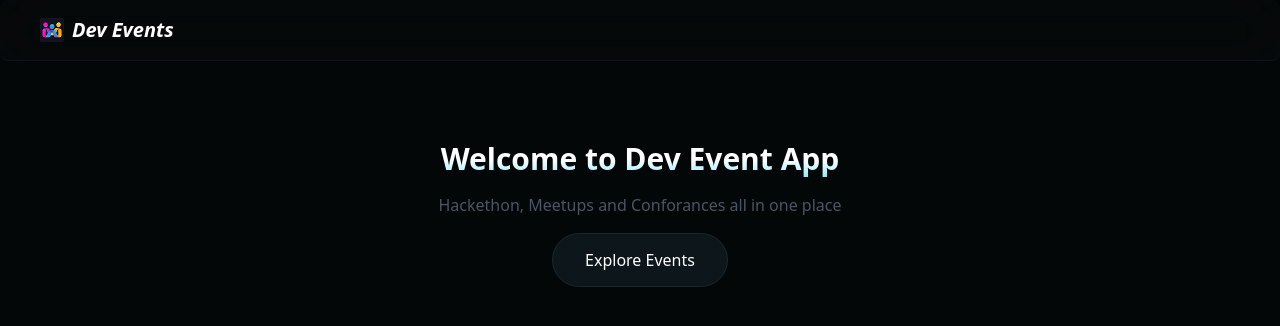
Repository: harshhariyani404/dev-events
Page: /
These files come from the project's save history. The page is drawn as it stood at one moment and after the next save; the edit follows.
The browser window is 1280 px wide. The pictures show the whole page.
The project was rebuilt for these pictures with package versions that can differ from the ones it lists, and the page was loaded fresh each time. The framework's server and built-in components were replaced by stand-ins that run in the browser. Also part of the build but not shown: next.config.ts.

Above is the page before, as saved 2026-02-06 15:11:06.

After the next save:
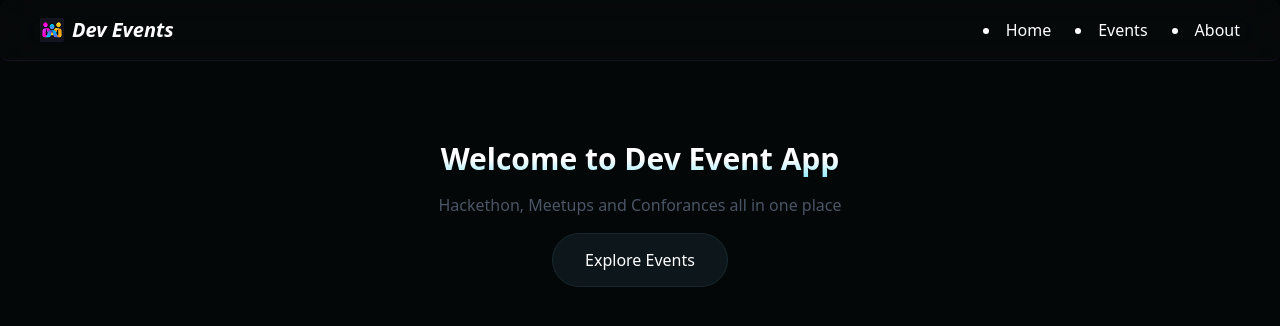
Saved 55 s later.
--- a/app/components/Navbar.tsx
+++ b/app/components/Navbar.tsx
@@ -9,6 +9,11 @@ const Navbar = () => {
                 <Image src={logo} alt="logo" width={24} height={24} />
                 <p>Dev Events</p>
             </Link>
+            <ul>
+                <li><Link href="/">Home</Link></li>
+                <li><Link href="/events">Events</Link></li>
+                <li><Link href="/about">About</Link></li>
+            </ul>
         </nav>
     </header>
   );
